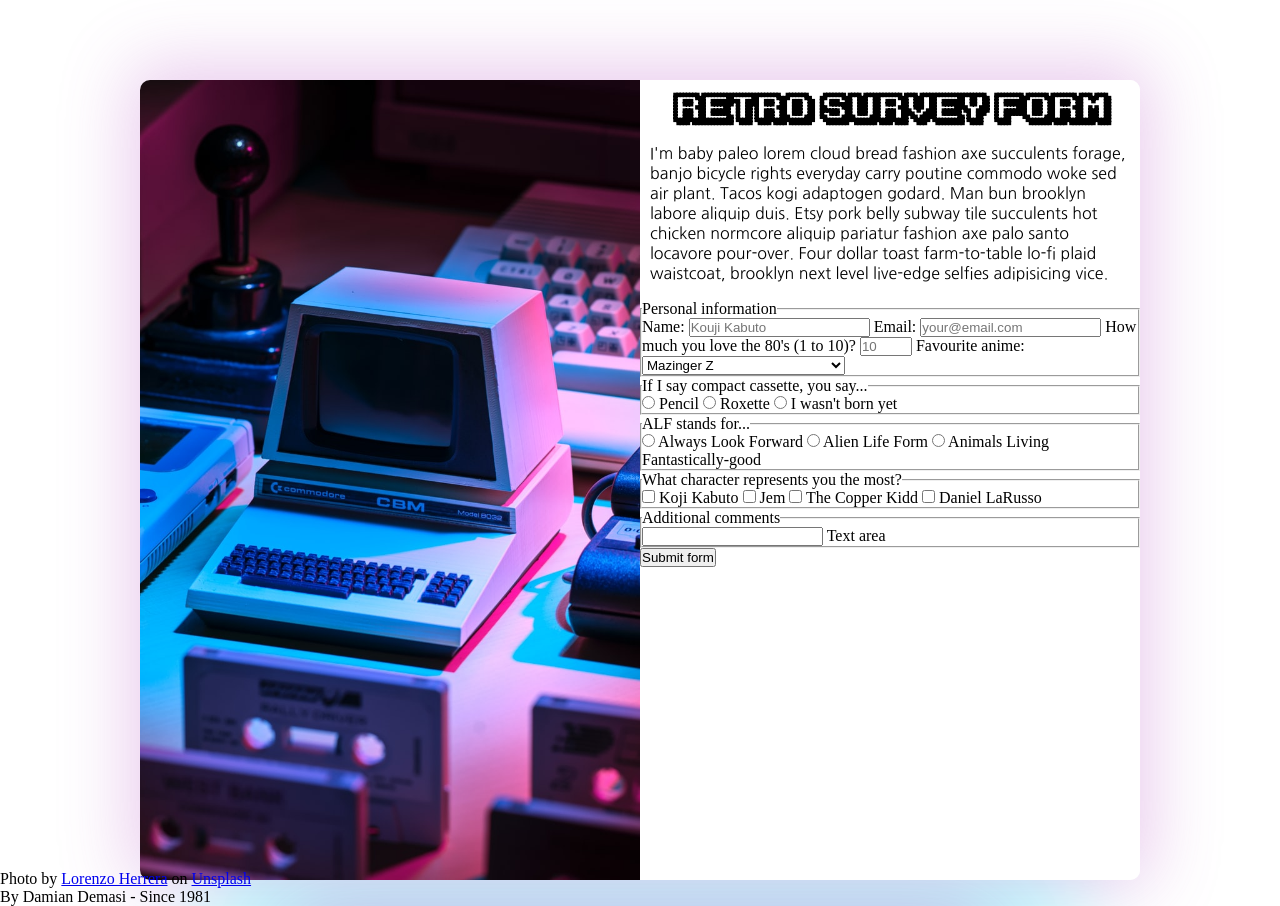
Repository: Colo-Codes/freecodecamp-02-Build-a-Survey-Form
Page: index.html
These files come from the project's save history. The page is drawn as it stood at one moment and after the next save; the edit follows.
The browser window is 1280 px wide. The pictures show the whole page.

Above is the page before, as saved 2021-05-18 17:17:42.

### index.html
<!DOCTYPE html>
<html lang="en">

<head>
    <meta charset="UTF-8">
    <meta http-equiv="X-UA-Compatible" content="IE=edge">
    <meta name="viewport" content="width=device-width, initial-scale=1.0">
    <link rel="stylesheet" href="./resources/css/index.css" type="text/css">
    <link rel="preconnect" href="https://fonts.gstatic.com">
    <link href="https://fonts.googleapis.com/css2?family=Nanum+Gothic:wght@400;800&display=swap" rel="stylesheet">
    <title>Retro Survey Form</title>
</head>

<body>
    <main id="grid-container">
        <header>
            <h1 id="title">Retro Survey Form</h1>
            <p id="description">I'm baby paleo lorem cloud bread fashion axe succulents forage, banjo bicycle rights
                everyday carry poutine commodo woke sed air plant. Tacos kogi adaptogen godard. Man bun brooklyn labore
                aliquip duis. Etsy pork belly subway tile succulents hot chicken normcore aliquip pariatur fashion axe
                palo santo locavore pour-over. Four dollar toast farm-to-table lo-fi plaid waistcoat, brooklyn next
                level live-edge selfies adipisicing vice.</p>
        </header>
        <section>
            <form action="#" id="survey-form" method="POST">
                <fieldset>
                    <legend>Personal information</legend>
                    <label for="name" id="name-label">
                        Name: <input type="text" id="name" placeholder="Kouji Kabuto" required>
                    </label>
                    <label for="email" id="email-label">
                        Email: <input type="email" id="email" placeholder="your@email.com" required> <!-- validate -->
                    </label>
                    <label for="number" id="number-label">
                        How much you love the 80's (1 to 10)? <input type="number" id="number" placeholder="10" min="1"
                            max="10" required>
                    </label>
                    <label for=""> Favourite anime:
                        <select name="" id="dropdown">
                            <option value="mazinger-z">Mazinger Z</option>
                            <option value="macross-robotech">Macross (Robotech)</option>
                            <option value="crusher-joe">Crusher Joe</option>
                            <option value="momo">Magical Princess Minky Momo</option>
                            <option value="gundam">Mobile Suit Zeta Gundam</option>
                            <option value="dragon-ball">Dragon Ball</option>
                            <option value="galactic-heroes">Legend of the Galactic Heroes</option>
                        </select>
                    </label>
                </fieldset>

                <fieldset>
                    <legend>If I say compact cassette, you say...</legend>
                    <label for="pencil">
                        <input type="radio" name="cassette-match" value="pencil" id="pencil"> Pencil
                    </label>
                    <label for="roxette">
                        <input type="radio" name="cassette-match" value="roxette" id="roxette"> Roxette
                    </label>
                    <label for="not-born">
                        <input type="radio" name="cassette-match" value="not-born" id="not-born"> I wasn't born yet
                    </label>
                </fieldset>
                <fieldset>
                    <legend>ALF stands for...</legend>
                    <label for="always">
                        <input type="radio" name="alf" value="always" id="always"> Always Look Forward
                    </label>
                    <label for="alien">
                        <input type="radio" name="alf" value="alien" id="alien"> Alien Life Form
                    </label>
                    <label for="animals">
                        <input type="radio" name="alf" value="animals" id="animals"> Animals Living Fantastically-good
                    </label>
                </fieldset>
                <fieldset>
                    <legend>What character represents you the most?</legend>
                    <label for="koji">
                        <input type="checkbox" name="character" value="koji" id="koji"> Koji Kabuto
                    </label>
                    <label for="jem">
                        <input type="checkbox" name="character" value="jem" id="jem"> Jem
                    </label>
                    <label for="copper">
                        <input type="checkbox" name="character" value="copper" id="copper"> The Copper Kidd
                    </label>
                    <label for="larusso">
                        <input type="checkbox" name="character" value="larusso" id="larusso"> Daniel LaRusso
                    </label>
                </fieldset>
                <fieldset>
                    <legend>Additional comments</legend>
                    <label for="">
                        <input type="textarea"> Text area
                    </label>
                </fieldset>
                <input type="submit" value="Submit form">
            </form>
        </section>
        <div id="main-image" role="img" aria-label="Retro computers and devices from the 80's under a blue and violet light"></div>
    </main>
    <div id="glow-1"></div>
    <div id="glow-2"></div>
    <footer>
        <p>Photo by <a href="https://unsplash.com/@lorenzoherrera?utm_source=unsplash&utm_medium=referral&utm_content=creditCopyText">Lorenzo Herrera</a> on <a href="https://unsplash.com/?utm_source=unsplash&utm_medium=referral&utm_content=creditCopyText">Unsplash</a></p>
        <p>By Damian Demasi - Since 1981</p>

    </footer>
</body>

</html>

### resources/css/index.css
@font-face {
    font-family: 'Karmatic Arcade';
    src: url("../fonts/ka1.ttf");
    font-weight: normal;
    font-style: normal;
}
/* Initial reset */
html {
    box-sizing: border-box;
    font-size: 16px;
}
*, *:before, *:after {
    box-sizing: inherit;
    margin: 0;
    padding: 0;
    /*outline: 1px dashed blue; /* Debugging purposes */
}
/* Grid */
#grid-container {
    width: 1000px; /* TODO media query */
    height: 800px; /* TODO media query */
    display: grid;
    flex-direction: row;
    margin: 5rem auto 50px auto;
    border-radius: 10px;
    /* border: 1px solid red; */
    grid-template: 220px 1fr / 1fr 1fr;
    box-shadow: 0px -5px 70px 10px rgba(181, 83, 196, .3);

}
#main-image {
    background-image: url(../img/lorenzo-herrera-p0j-mE6mGo4-unsplash.jpg);
    background-repeat: no-repeat;
    background-position: 50%;
    background-size: cover;
    order: -1;
    grid-area: 1 / 1 / 3 / 2; /* the whole left column */
    border-radius: 10px 0 0 10px;
}
header {
    background-color: white;
    grid-area: 1 / 2 / 2 / 3; /* top right */
    border-radius: 0 10px 0 0;
}
section {
    background-color: white;
    grid-area: 2 / 2 / 3 / 3; /* top right */
    border-radius: 0 0 10px 0;
    /* border-bottom: 3px solid violet; */
    border-image: 3px solid linear-gradient(red, yellow, blue);
}
/* Form */
h1 {
    margin-top: 10px;
    font-family: "Karmatic Arcade", sans-serif;
    text-align: center;
}
header p {
    padding: 1em 10px 1em 10px;
    font-family: 'Nanum Gothic', sans-serif;
}
/* Glow */
#glow-1 {
    display: block;
    margin: -60px auto;
    border-color: transparent;
    color: transparent;
    box-shadow: 0px 40px 80px 10px #0ff;
    width: 850px; /* TODO media query */
}
#glow-2 {
    display: block;
    margin: -60px auto;
    border-color: transparent;
    color: transparent;
    box-shadow: 0px 80px 80px 20px rgba(181, 83, 196, .8);
    width: 650px; /* TODO media query */
}

After the next save:
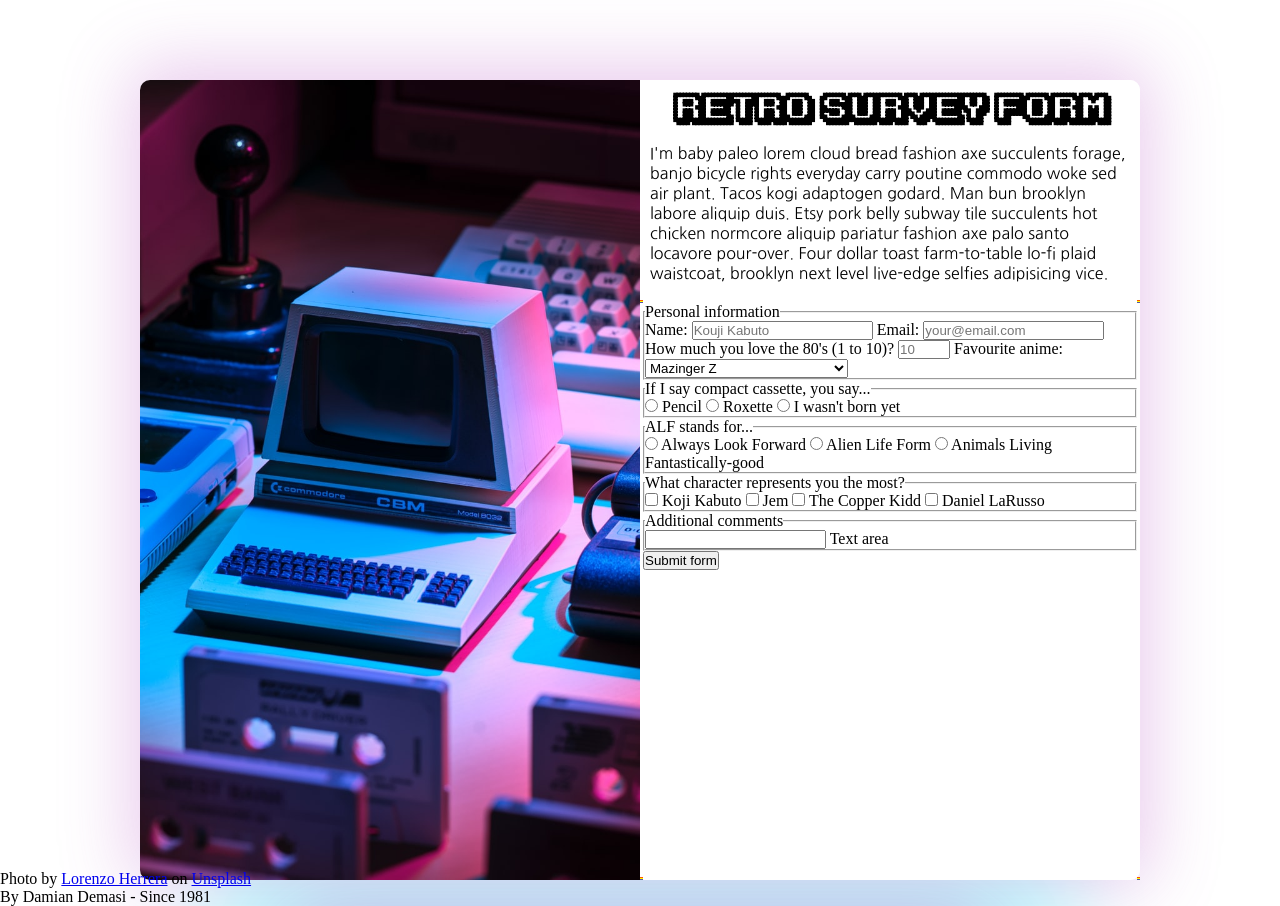
Saved 24 s later.
--- a/resources/css/index.css
+++ b/resources/css/index.css
@@ -47,7 +47,8 @@ section {
     grid-area: 2 / 2 / 3 / 3; /* top right */
     border-radius: 0 0 10px 0;
     /* border-bottom: 3px solid violet; */
-    border-image: 3px solid linear-gradient(red, yellow, blue);
+    border-style: solid;
+    border-image: linear-gradient(red, yellow, blue);
 }
 /* Form */
 h1 {
